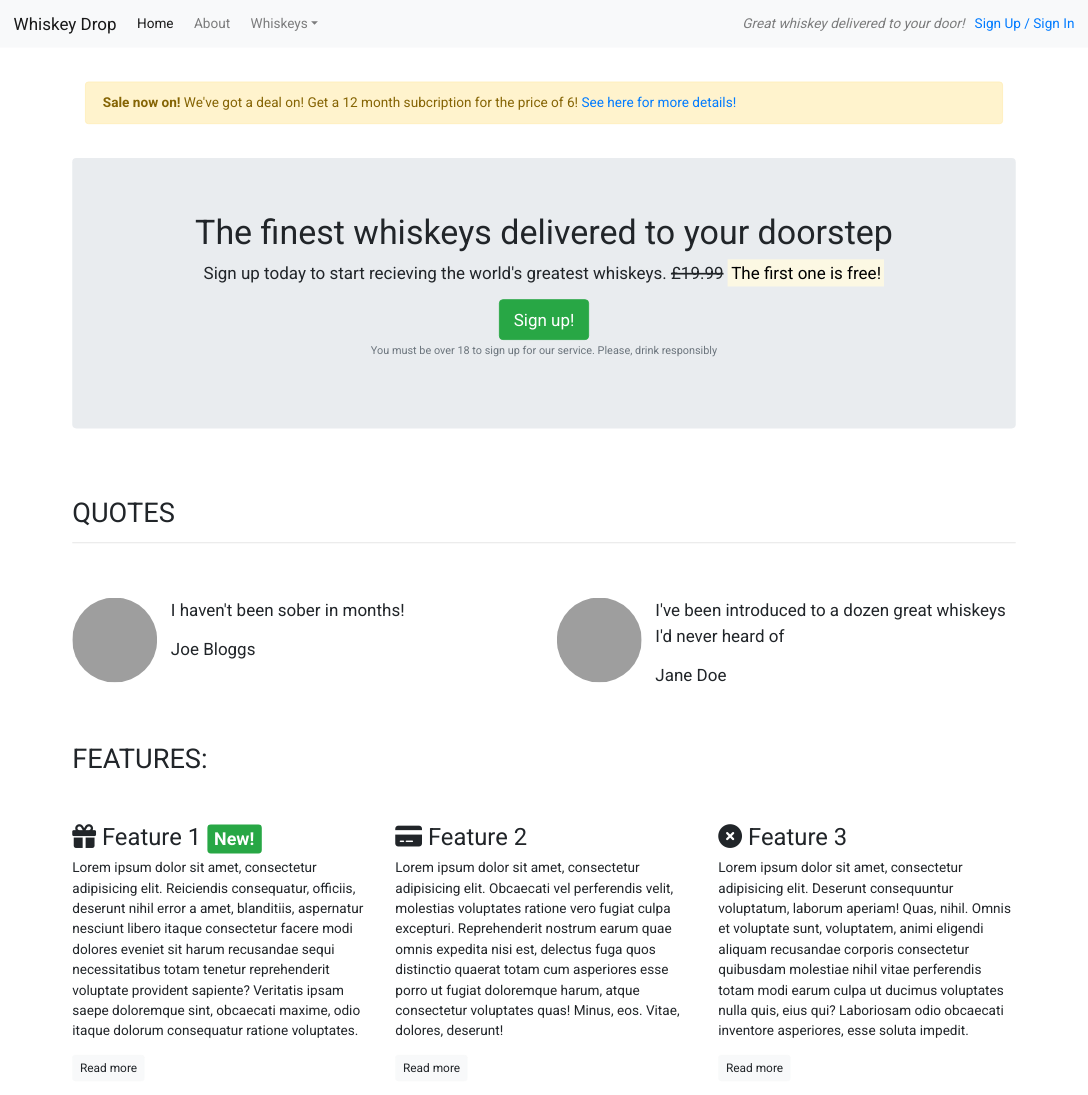
Repository: Matt-F90/Intro-to-bootstrap
Page: index.html
The author's editor kept a record of every edit. The page is drawn from the files as they stood at one moment, then again after the next edit.
The browser window is 1280 px wide. The pictures show the whole page, at 85% of full size.
Pictures or frames that could not be fetched are drawn as grey boxes. Some web libraries are served in a nearby version.

Above is the page before.
Console error: TypeError: Cannot read properties of undefined (reading 'fn')

### index.html
<!DOCTYPE html>
<html lang="en">

<head>
    <meta charset="UTF-8">
    <meta name="viewport" content="width=device-width, initial-scale=1.0">
    <meta http-equiv="X-UA-Compatible" content="ie=edge">
    <title>Whiskey Drop | Taste a new whiskey every month</title>
    <link rel="stylesheet" href="https://stackpath.bootstrapcdn.com/bootstrap/4.1.3/css/bootstrap.min.css" integrity="sha384-MCw98/SFnGE8fJT3GXwEOngsV7Zt27NXFoaoApmYm81iuXoPkFOJwJ8ERdknLPMO" crossorigin="anonymous">
    <script src="https://stackpath.bootstrapcdn.com/bootstrap/4.1.3/js/bootstrap.min.js" integrity="sha384-ChfqqxuZUCnJSK3+MXmPNIyE6ZbWh2IMqE241rYiqJxyMiZ6OW/JmZQ5stwEULTy" crossorigin="anonymous"></script>
    <script src="https://kit.fontawesome.com/f919e2be21.js" crossorigin="anonymous"></script>
    <link href="https://fonts.googleapis.com/css?family=Roboto:400,700&display=swap" rel="stylesheet">
    <link rel="stylesheet" href="css/style.css" type="text/css">

    <body>
        <nav class="navbar navbar-light bg-light navbar-expand-sm">
            <a href="/" class="navbar-brand">Whiskey Drop</a>

            <button class="navbar-toggler ml-auto" type="button" data-toggle="collapse" data-target="#navbarNavDropdown" aria-controls="navbarNavDropdown" aria-expanded="false" aria-label="Toggle navigation">
        <span class="navbar-toggler-icon"></span></button>

            <div class="collapse navbar-collapse" id="navbarNavDropdown">

                <ul class="navbar-nav mr-auto">
                    <li class="active nav-item mr-2"><a class="nav-link" href="/">Home</a></li>
                    <li class="nav-item mr-2"><a class="nav-link" href="/about">About</a></li>
                    <li class "nav-item dropdown">
                        <a class="nav-link dropdown-toggle" href="#" id="navbarDropdownMenuLink" role="button" data-toggle="dropdown" aria-haspopup="true" aria-expanded="false">
          Whiskeys</a>
                        <div class="dropdown-menu" aria-labelledby="navbarDropdownMenuLink">
                            <a class="dropdown-item" href="#">Irish</a>
                            <a class="dropdown-item" href="#">Scotch</a>
                            <a class="dropdown-item" href="#">Japanese</a>
                            <a class="dropdown-item" href="#">American</a>
                        </div>
                    </li>
                    <li class="nav-item mr-2 d-block d-sm-none"><a class="nav-link" href="/login">Sign Up / Sign In</a></li>
                </ul>
            </div>
            <div class="d-none d-md-block">
                <p class="navbar-text my-auto mr-2"><i>Great whiskey delivered to your door!</i></p>
                <a href="/login">Sign Up / Sign In</a>
            </div>
        </nav>
        <div class="container mt-3">
            <div class="row d-none d-sm-inline">
                <div class="col-12">
                    <div class="alert alert-warning">
                        <strong>Sale now on!</strong> We've got a deal on! Get a 12 month subcription for the price of 6! <a href "/">See here for more details!</a>
                    </div>
                </div>
            </div>
            <div class="row">
                <div class="col-12">
                    <section class="callout jumbotron text-center">
                        <h1>The finest whiskeys delivered to your doorstep</h1>
                        <p class="lead">Sign up today to start recieving the world's greatest whiskeys.
                            <s class="d-none d-sm-inline">£19.99</s>
                            <span class="d-inline d-sm-none"><br></span>
                            <strong><mark>The first one is free!</mark></strong></p>
                        <button class="btn btn-success btn-lg" data-toggle="modal" data-target="#signUpModal">Sign up!</button>
                        <p class="text-muted"><small>You must be over 18 to sign up for our service. Please, drink responsibly</small></p>
                    </section>
                </div>
            </div>
        </div>

<div class="container  quotes-container">
        <section class="quotes">
            <div class="row">
                <div class="col-12 my-5">
                    <h2 class="text-uppercase">Quotes</h2>
                    <hr />
                </div>
            </div>
            <div class="row">
                <div class="col-12 col-md-6">
                    <div class="media">
                        <div class="d-none d-sm-block">
                            <img src="images/guy-image.png" class="rounded-circle mr-3" height=100 width=100>
                        </div>
                        <div class="media-body">
                            <blockquote class="blockquote">
                                <p>I haven't been sober in months!</p>
                                <p>Joe Bloggs</p>
                            </blockquote>
                        </div>
                    </div>
                </div>
                <div class="col-12 col-md-6">
                    <div class="media">
                        <div class="d-none d-sm-block">
                            <img src="images/girl-image.png" class="rounded-circle mr-3" height=100 width=100>
                        </div>
                        <div class="media-body">
                            <blockquote class="blockquote">
                                <p>I've been introduced to a dozen great whiskeys I'd never heard of</p>
                                <p>Jane Doe</p>
                            </blockquote>
                        </div>
                    </div>
                </div>
            </div>
        </section>
        </div>

<div class="container features-container">
        <section class="features">
            <div class="row">
                <div class="col-12 my-5">
                    <h2 class="text-uppercase">Features:</h2>
                </div>
            </div>
            <div class="row">
                <div class="col-12 col-md-6 col-lg-4">
                    <div class="feature">
                        <h3><i class="fas fa-gift d-none d-sm-inline"></i> Feature 1 <span class="badge badge-success d-none d-sm-inline">New!</span></h3>
                        <p>Lorem ipsum dolor sit amet, consectetur adipisicing elit. Reiciendis consequatur, officiis, deserunt nihil error a amet, blanditiis, aspernatur nesciunt libero itaque consectetur facere modi dolores eveniet sit harum recusandae
                            sequi necessitatibus totam tenetur reprehenderit voluptate provident sapiente? Veritatis ipsam saepe doloremque sint, obcaecati maxime, odio itaque dolorum consequatur ratione voluptates.</ipsum50>
                        </p>
                        <p><a class="btn btn-sm btn-light">Read more</a></p>
                    </div>
                </div>
                <div class="col-12 col-md-6 col-lg-4">
                    <div class="feature">
                        <h3><i class="fas fa-credit-card d-none d-sm-inline"></i> Feature 2 </h3>
                        <p>Lorem ipsum dolor sit amet, consectetur adipisicing elit. Obcaecati vel perferendis velit, molestias voluptates ratione vero fugiat culpa excepturi. Reprehenderit nostrum earum quae omnis expedita nisi est, delectus fuga quos distinctio
                            quaerat totam cum asperiores esse porro ut fugiat doloremque harum, atque consectetur voluptates quas! Minus, eos. Vitae, dolores, deserunt!</p>
                        <p><a class="btn btn-sm btn-light">Read more</a></p>
                    </div>
                </div>
                <div class="col-12 d-md-none d-lg-block col-lg-4">
                    <div class="feature">
                        <h3><i class="fas fa-times-circle d-none d-sm-inline">
                                </i> Feature 3</h3>
                        <p>Lorem ipsum dolor sit amet, consectetur adipisicing elit. Deserunt consequuntur voluptatum, laborum aperiam! Quas, nihil. Omnis et voluptate sunt, voluptatem, animi eligendi aliquam recusandae corporis consectetur quibusdam molestiae
                            nihil vitae perferendis totam modi earum culpa ut ducimus voluptates nulla quis, eius qui? Laboriosam odio obcaecati inventore asperiores, esse soluta impedit.</p>
                        <p><a class="btn btn-sm btn-light">Read more</a></p>
                    </div>
                </div>
            </div>
        </section>
        </div>


        <div class="modal" tabindex="-1" role="dialog" id="signUpModal">
            <div class="modal-dialog" role="document">
                <div class="modal-content">
                    <div class="modal-header">
                        <h5 class="modal-title">Sign Up To Whiskey Drop</h5>
                        <button type="button" class="close" data-dismiss="modal" aria-label="Close">
          <span aria-hidden="true">&times;</span>
        </button>
                    </div>
                    <div class="modal-body">

                        <form>
                            <div class="form-group">
                                <label for="exampleInputEmail1">Email address</label>
                                <input type="email" class="form-control" id="exampleInputEmail1" aria-describedby="emailHelp" placeholder="Enter email">
                                <small id="emailHelp" class="form-text text-muted">We'll never share your email with anyone else.</small>
                            </div>
                            <div class="form-group">
                                <label for="password">Password</label>
                                <input type="password" class="form-control" id="password" placeholder="Password">
                            </div>
                            <div class="form-group">
                                <label for="repeatpassword">Repeat Password</label>
                                <input type="password" class="form-control" id="exampleInputPassword1" placeholder="Password">
                            </div>
                            <button type="submit" class="btn btn-success">Submit</button>
                        </form>

                    </div>
                </div>
            </div>
        </div>

        <script src="https://code.jquery.com/jquery-3.3.1.slim.min.js" integrity="sha384-q8i/X+965DzO0rT7abK41JStQIAqVgRVzpbzo5smXKp4YfRvH+8abtTE1Pi6jizo" crossorigin="anonymous"></script>
        <script src="https://cdnjs.cloudflare.com/ajax/libs/popper.js/1.14.3/umd/popper.min.js" integrity="sha384-ZMP7rVo3mIykV+2+9J3UJ46jBk0WLaUAdn689aCwoqbBJiSnjAK/l8WvCWPIPm49" crossorigin="anonymous"></script>
        <script src="https://stackpath.bootstrapcdn.com/bootstrap/4.1.3/js/bootstrap.min.js" integrity="sha384-ChfqqxuZUCnJSK3+MXmPNIyE6ZbWh2IMqE241rYiqJxyMiZ6OW/JmZQ5stwEULTy" crossorigin="anonymous"></script>
    </body>

</html>

### css/style.css
body {
  font-family: 'Roboto', sans-serif;
}

.alert-container {}

.callout-container{
    height: 100vh
}

.quotes-container{}

.features-container {}

After the next edit:
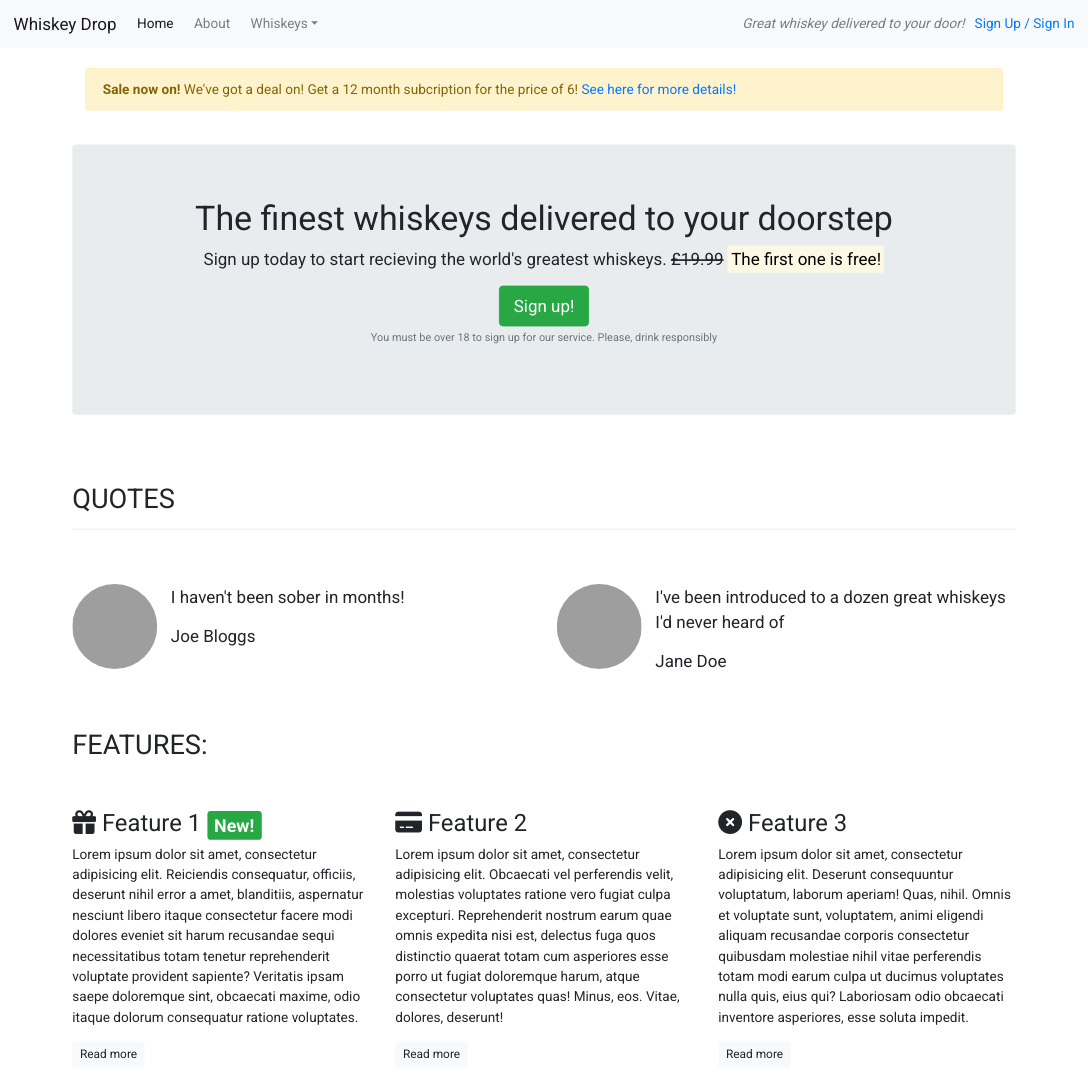
The edit:
--- a/index.html
+++ b/index.html
@@ -42,7 +42,7 @@
                 <a href="/login">Sign Up / Sign In</a>
             </div>
         </nav>
-        <div class="container mt-3">
+        <div class="container alert-container">
             <div class="row d-none d-sm-inline">
                 <div class="col-12">
                     <div class="alert alert-warning">
